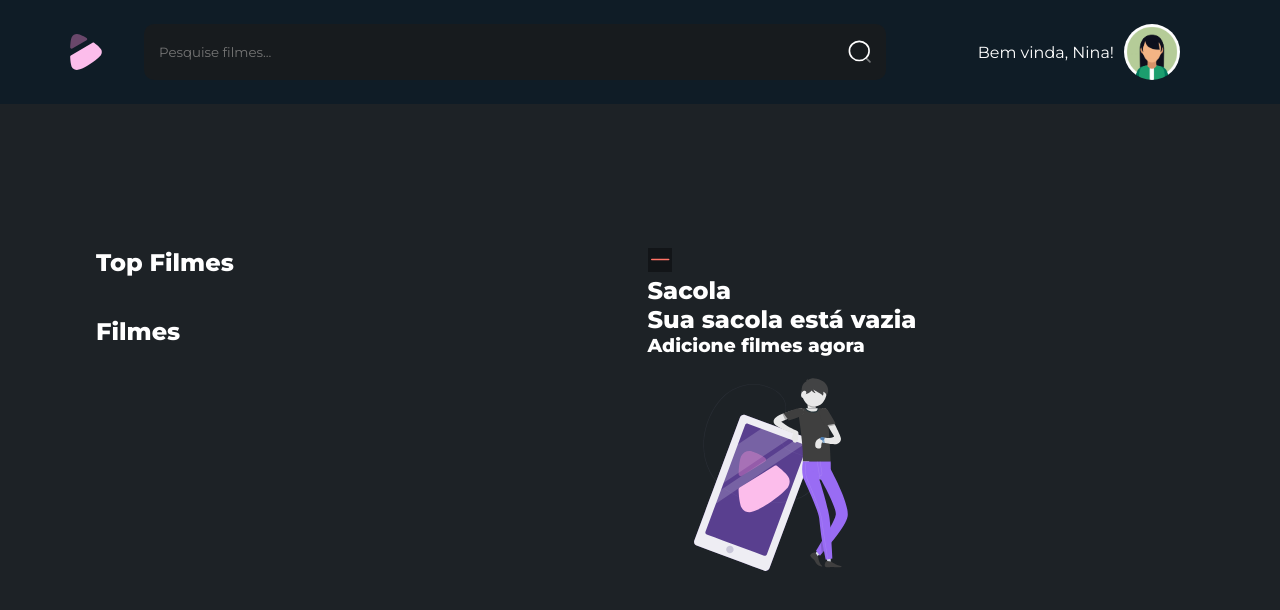
Repository: MilenaMelo/Cubos-Flix
Page: / (app in cubos-flix/)
These files come from the project's save history. The page is drawn as it stood at one moment and after the next save; the edit follows.
The browser window is 1280 px wide. The pictures show the whole page.
The project was rebuilt for these pictures with package versions that can differ from the ones it lists, and the page was loaded fresh each time. Also part of the build but not shown: cubos-flix/src/components/Bag/style.css. Imported but missing from the stored project, and not drawn on this page: cubos-flix/src/assets/images/bag-icon.

Above is the page before, as saved 2021-06-19 15:06:29.

After the next save:
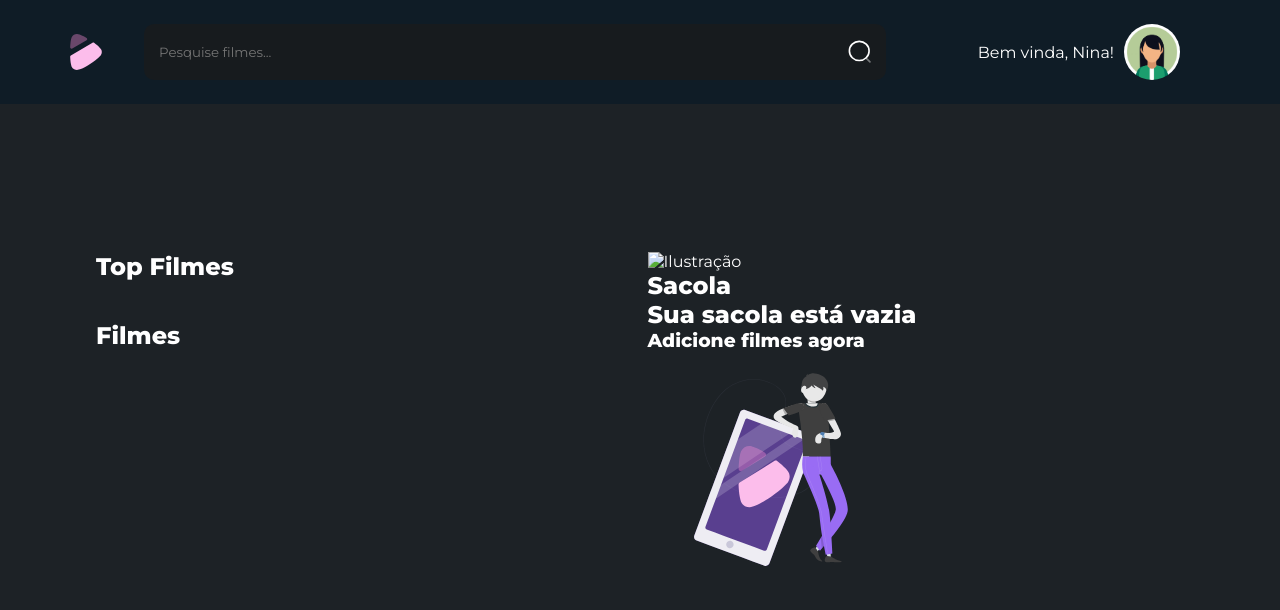
Saved 23 s later.
--- a/cubos-flix/src/components/Bag/index.js
+++ b/cubos-flix/src/components/Bag/index.js
@@ -1,6 +1,6 @@
 import './style.css'
 import bag_logo from '../../assets/images/person-illustration.svg'
-import bag_icon from '../../assets/images/minus-icon.svg'
+import bag_icon from '../../assets/images/bag-icon'
 
 
 function Bag() {
